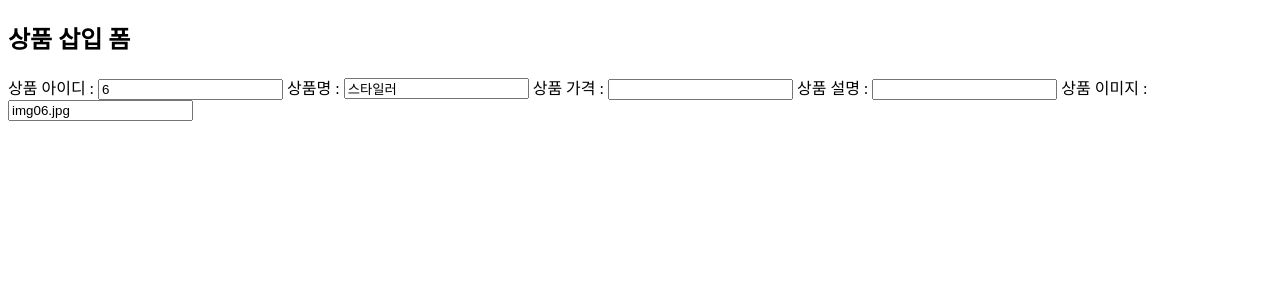
Repository: JhPlayGround/jsp
Page: http://localhost/chap03_MVC_JDBC/WEB-INF/views/jsp/insertForm.jsp
An editor plug-in stored every save of this project. The page is shown before and after the next save, followed by the edit.
The browser window is 1280 px wide. The pictures show the whole page.
The page is served by Tomcat 9. Nobody is signed in. The template is opened directly, without the code that normally fills it, so the values that code supplies are empty.

Above is the page before, as saved 2019-08-06 01:55:42.

After the next save:
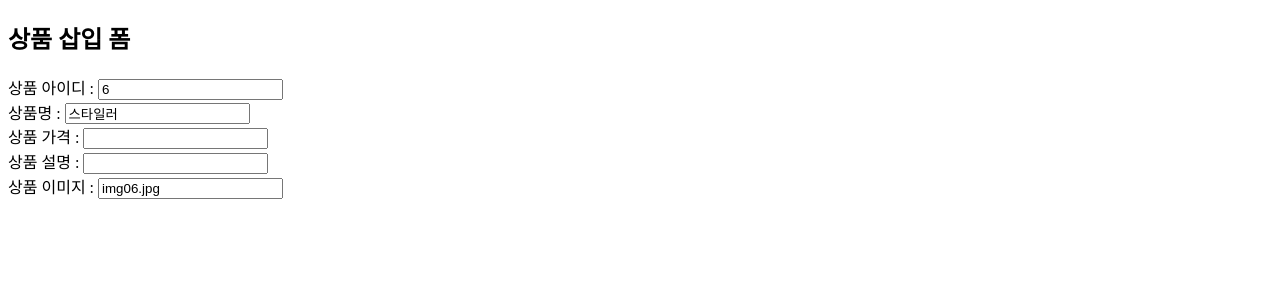
Saved 25 s later.
--- a/workspace/chap03_MVC_JDBC/src/main/webapp/WEB-INF/views/jsp/insertForm.jsp
+++ b/workspace/chap03_MVC_JDBC/src/main/webapp/WEB-INF/views/jsp/insertForm.jsp
@@ -9,10 +9,10 @@
 <body>
 	<h2>상품  삽입 폼</h2>
 	<form method="post">
-		상품 아이디 : <input id = "item_id" name = "item_id" value = "6">
- 		상품명 : <input id = "item_name" naem = "item_name" value="스타일러" >
-		상품 가격 : <input id = "item_price" name = "item_price">
-		상품 설명 : <input id = "item_des" name = "item_des">
+		상품 아이디 : <input id = "item_id" name = "item_id" value = "6"></br>
+ 		상품명 : <input id = "item_name" naem = "item_name" value="스타일러" ></br>
+		상품 가격 : <input id = "item_price" name = "item_price"></br>
+		상품 설명 : <input id = "item_des" name = "item_des"></br>
 		상품 이미지 : <input id = "item_pic" name = "item_pic" value="img06.jpg">
 	</form>
 </body>
